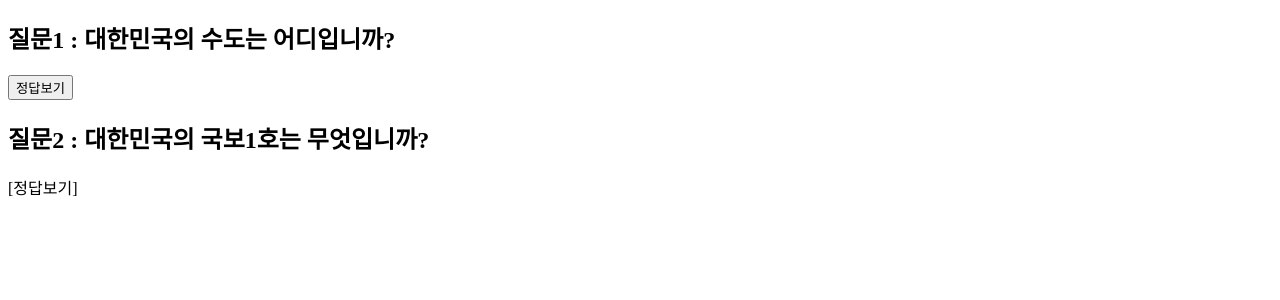
Repository: yoojisoo/YONSAI
Page: http://localhost/teatJava/html/script05.jsp
The author's editor kept a copy of each file at every save. The page is drawn from the files as they stood at one save, then again after the next save.
The browser window is 1280 px wide. The pictures show the whole page.
The page is served by Tomcat 9.

Above is the page before, as saved 2021-08-20 05:41:15.

### jsworkspace/teatJava/src/main/webapp/html/script05.jsp
<%@ page language="java" contentType="text/html; charset=UTF-8"
    pageEncoding="UTF-8"%>
<!DOCTYPE html>
<html>
<head>
<meta charset="UTF-8">
<title>정답보기</title>
<script src="../js/jquery-3.6.0.js"></script> <!--제이쿼리라이브러리-->
<script>
	var count1=0;
	var count2=0;
	$(document).ready(function(){
		$("ans").hide();
		$("button.q1").click(function(){
			count1++;
				if(count1%2==1){
					$("ans.q1").show();
					$("button.q1").text("정답숨기기");
					$("button.q1").css("border-color","skyblue");

				}else{
					$("ans.q1").hide();
					$("button.q1").text("정답보기");
				}
		});
		$("p.q2").click(function(){
			count2++;
				if(count2%2==1){
					$("ans.q2").show();

				}else{
					$("ans.q2").hide();
				}
		});
	});
</script>
</head>
<body>
	<h2>질문1 : 대한민국의 수도는 어디입니까?</h2>
		<button class="q1">정답보기</button><br>
		<ans class="q1">대한민국의 수도는 서울입니다.</ans>


	<h2>질문2 : 대한민국의 국보1호는 무엇입니까?</h2>
		<p class="q2">[정답보기]</p>
		<ans class="q2">대한민국의 국보1호는 숭례문입니다.</ans>
</body>
</html>

Loaded but not shown: jsworkspace/teatJava/src/main/webapp/js/jquery-3.6.0.js (library)

After the next save:
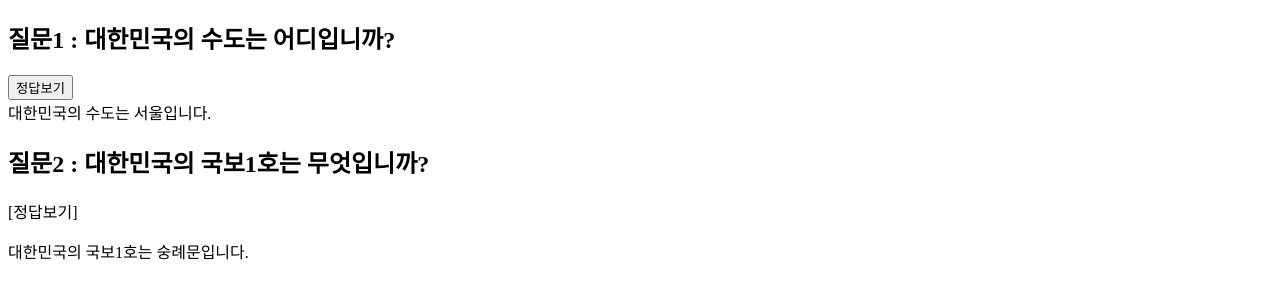
Console error: SyntaxError: missing ) after argument list
Saved 47 s later.
--- a/jsworkspace/teatJava/src/main/webapp/html/script05.jsp
+++ b/jsworkspace/teatJava/src/main/webapp/html/script05.jsp
@@ -16,7 +16,7 @@
 				if(count1%2==1){
 					$("ans.q1").show();
 					$("button.q1").text("정답숨기기");
-					$("button.q1").css("border-color","skyblue");
+					$("button.q1").css("border-color","skyblue"; "background-color","skyblue");
 
 				}else{
 					$("ans.q1").hide();

After the save that followed:
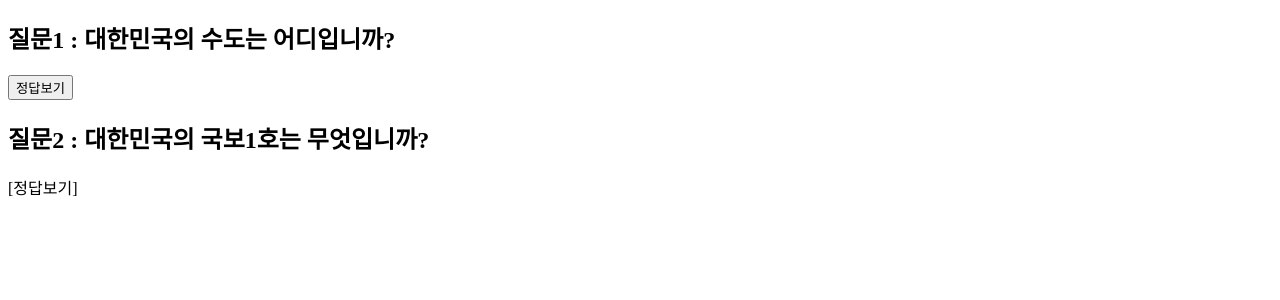
The error is gone.
Saved 35 s later.
--- a/jsworkspace/teatJava/src/main/webapp/html/script05.jsp
+++ b/jsworkspace/teatJava/src/main/webapp/html/script05.jsp
@@ -16,7 +16,7 @@
 				if(count1%2==1){
 					$("ans.q1").show();
 					$("button.q1").text("정답숨기기");
-					$("button.q1").css("border-color","skyblue"; "background-color","skyblue");
+					$("button.q1").css("background-color","skyblue");
 
 				}else{
 					$("ans.q1").hide();
